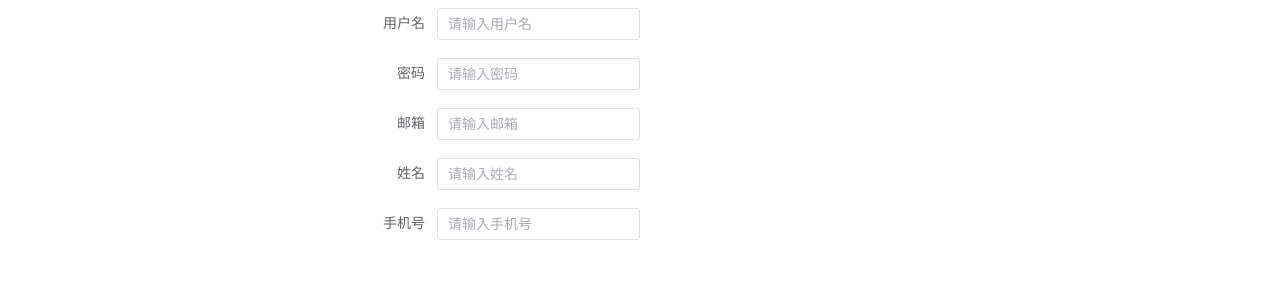
Repository: Mickey1216/yzkj_login_demo
Page: /register
An editor plug-in stored every save of this project. The page is shown before and after a run of saves, followed by the edit.
The browser window is 1280 px wide. The pictures show the whole page.
The project was rebuilt for these pictures with package versions that can differ from the ones it lists, and the page was loaded fresh each time. Also part of the build but not shown: vite.config.js, src/views/Login.vue.

Above is the page before, as saved 2023-07-04 14:47:52.

After the next 12 saves:
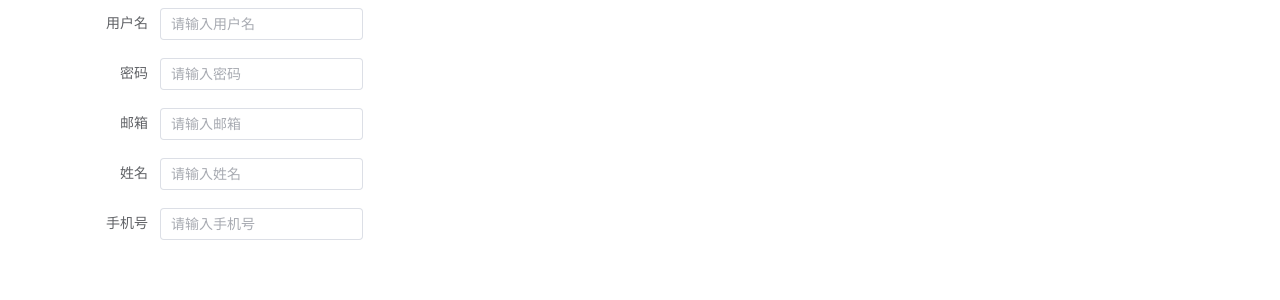
The 12 saves are shown as one change because they came seconds apart.
The last was saved 44 s later.
--- a/src/views/Register.vue
+++ b/src/views/Register.vue
@@ -1,5 +1,5 @@
 <template>
-  <el-form :model="form" label-width="120px" >
+  <el-form :model="form" label-width="120px" :inline="true" class="">
     <el-form-item label="用户名">
       <el-input placeholder="请输入用户名" v-model="form.name"/>
     </el-form-item>
@@ -15,11 +15,6 @@
     <el-form-item label="手机号">
       <el-input placeholder="请输入手机号" v-model="form.phone"/>
     </el-form-item>
-
-    <!-- <el-radio-group v-model="form.gender">
-      <el-radio label="男" size="large">男</el-radio>
-      <el-radio label="女" size="large">女</el-radio>
-    </el-radio-group> -->
   </el-form>
 </template>
 
@@ -32,7 +27,6 @@
   email: '',
   name: '',
   phone: '',
-  // gender: ''
 
 })
 </script>

After the 5 saves that followed:
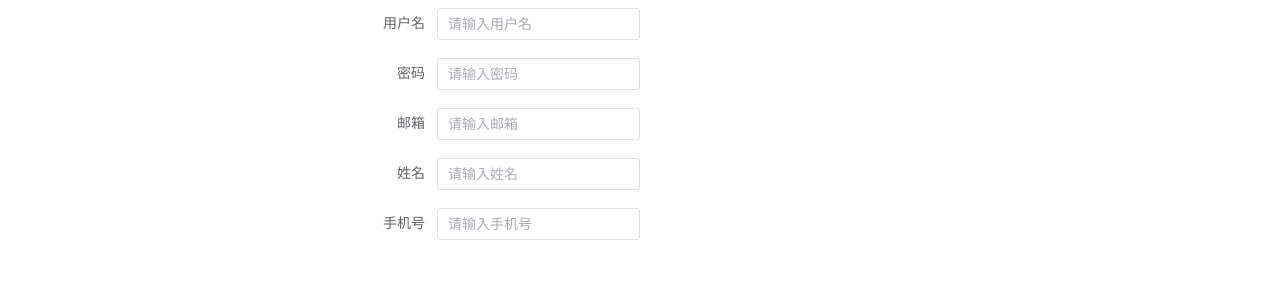
The 5 saves are shown as one change because 1 left the picture as it was and some came seconds apart.
The last was saved 55 s later.
--- a/src/views/Register.vue
+++ b/src/views/Register.vue
@@ -1,5 +1,5 @@
 <template>
-  <el-form :model="form" label-width="120px" :inline="true" class="">
+  <el-form :model="form" label-width="120px" style="">
     <el-form-item label="用户名">
       <el-input placeholder="请输入用户名" v-model="form.name"/>
     </el-form-item>
